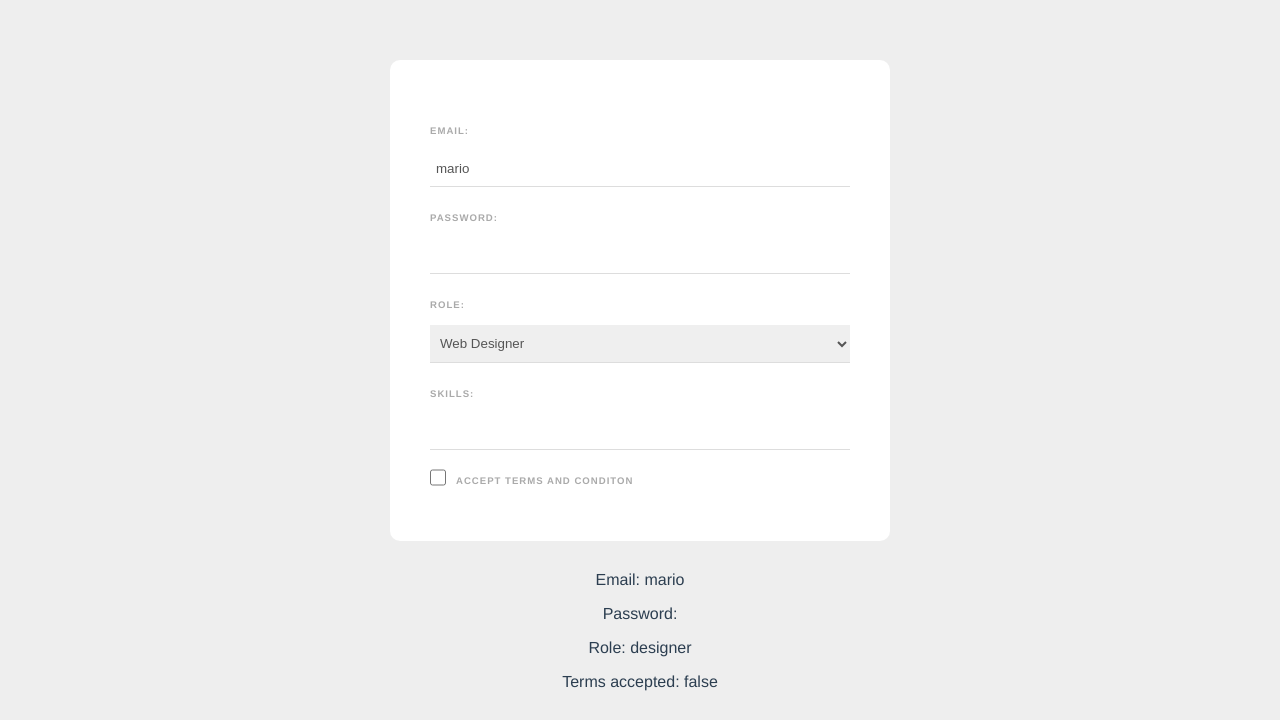
Repository: pin-seavmuy/Vue-Js
Page: /
The author's editor kept a copy of each file at every save. The page is drawn from the files as they stood at one save, then again after the next save.
The browser window is 1280 px wide. The pictures show the whole page.
The project was rebuilt for these pictures with package versions that can differ from the ones it lists, and the page was loaded fresh each time. Also part of the build but not shown: vue.config.js.

Above is the page before, as saved 2023-11-16 23:42:26.

After the next save:
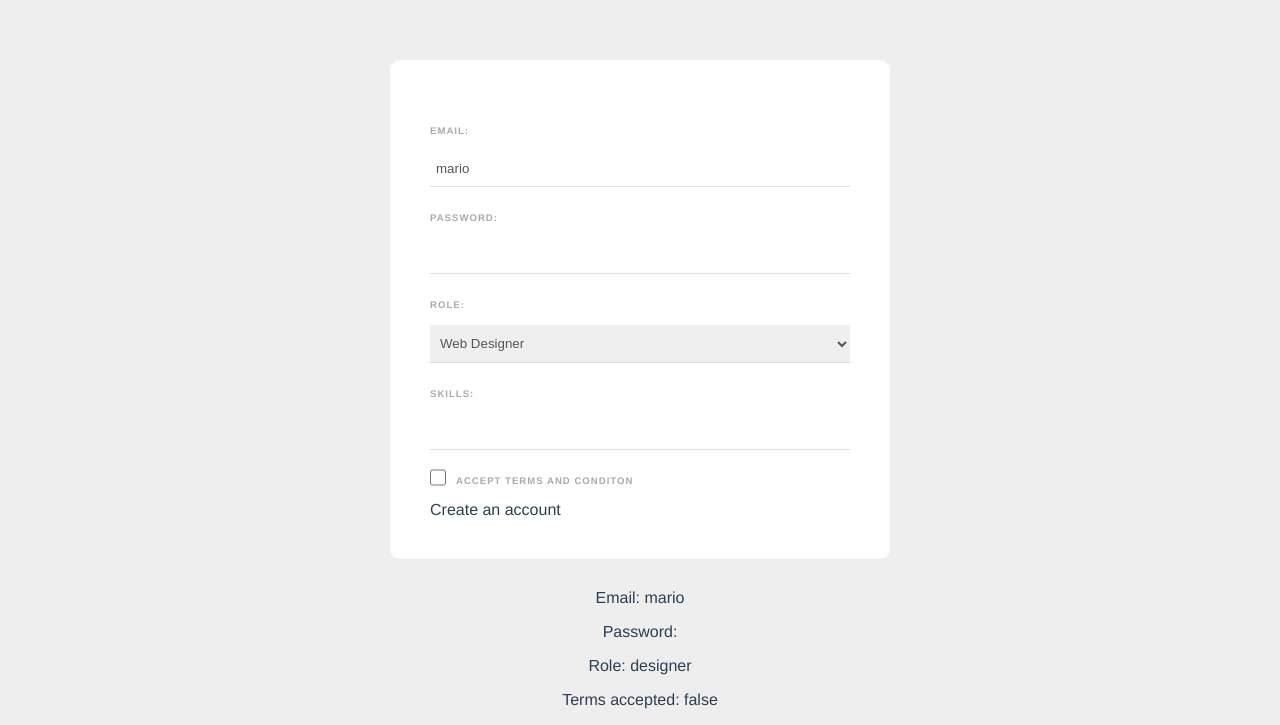
Saved 6 s later.
--- a/src/components/SignupForm.vue
+++ b/src/components/SignupForm.vue
@@ -24,7 +24,7 @@
         </div>
 
         <div class="submit">
-
+            Create an account
         </div>
 
         <!-- <div>
